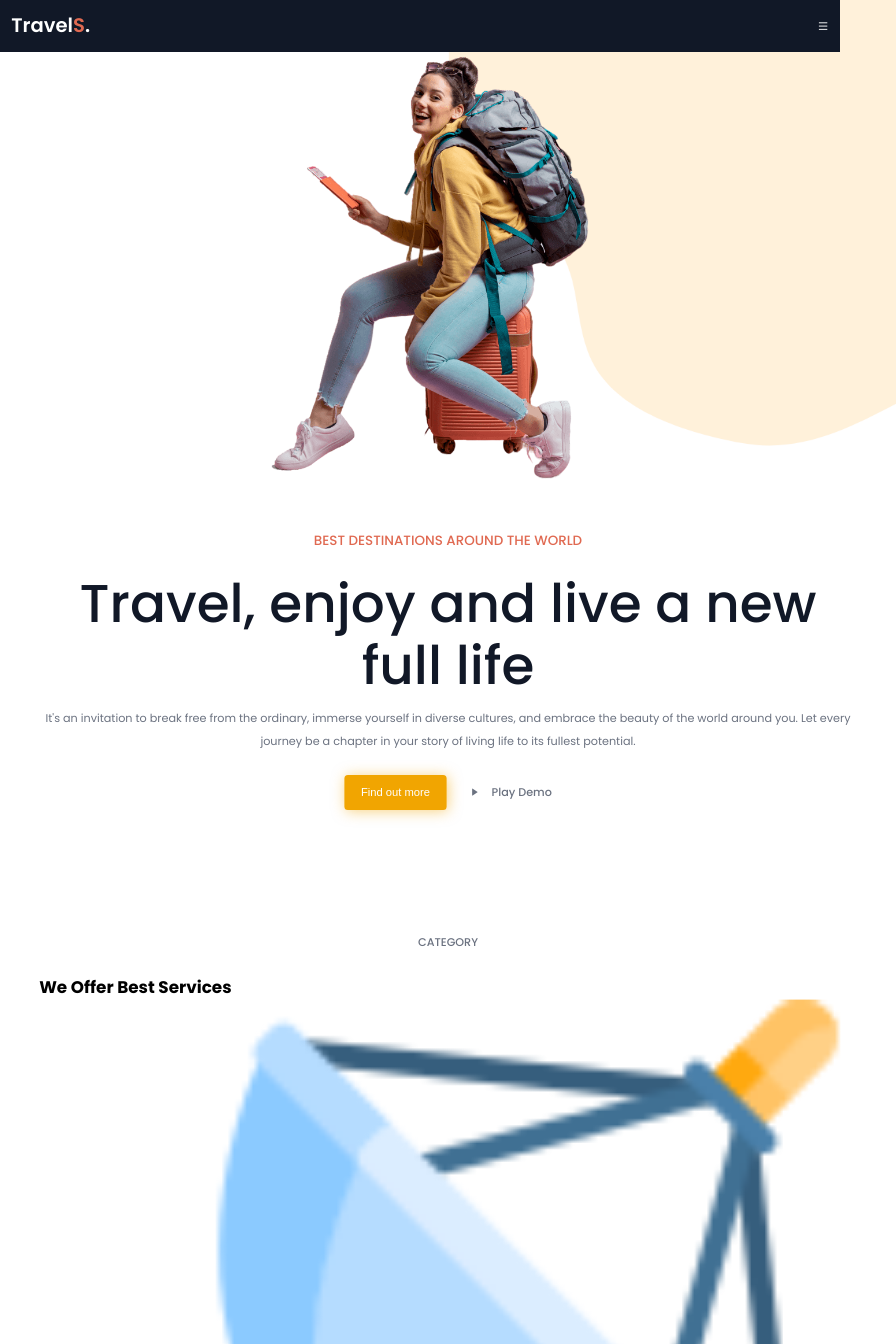
Repository: ntandomagana/travel-website
Page: index.html
These files come from the project's save history. The page is drawn as it stood at one moment and after a run of saves; the edit follows.
The browser window is 1280 px wide. The pictures show the part of the page from y = 0 to 1920 px (the page is 11279 px tall), at 70% of full size.

Above is the page before, as saved 2024-05-07 09:43:37.

After the next 3 saves:
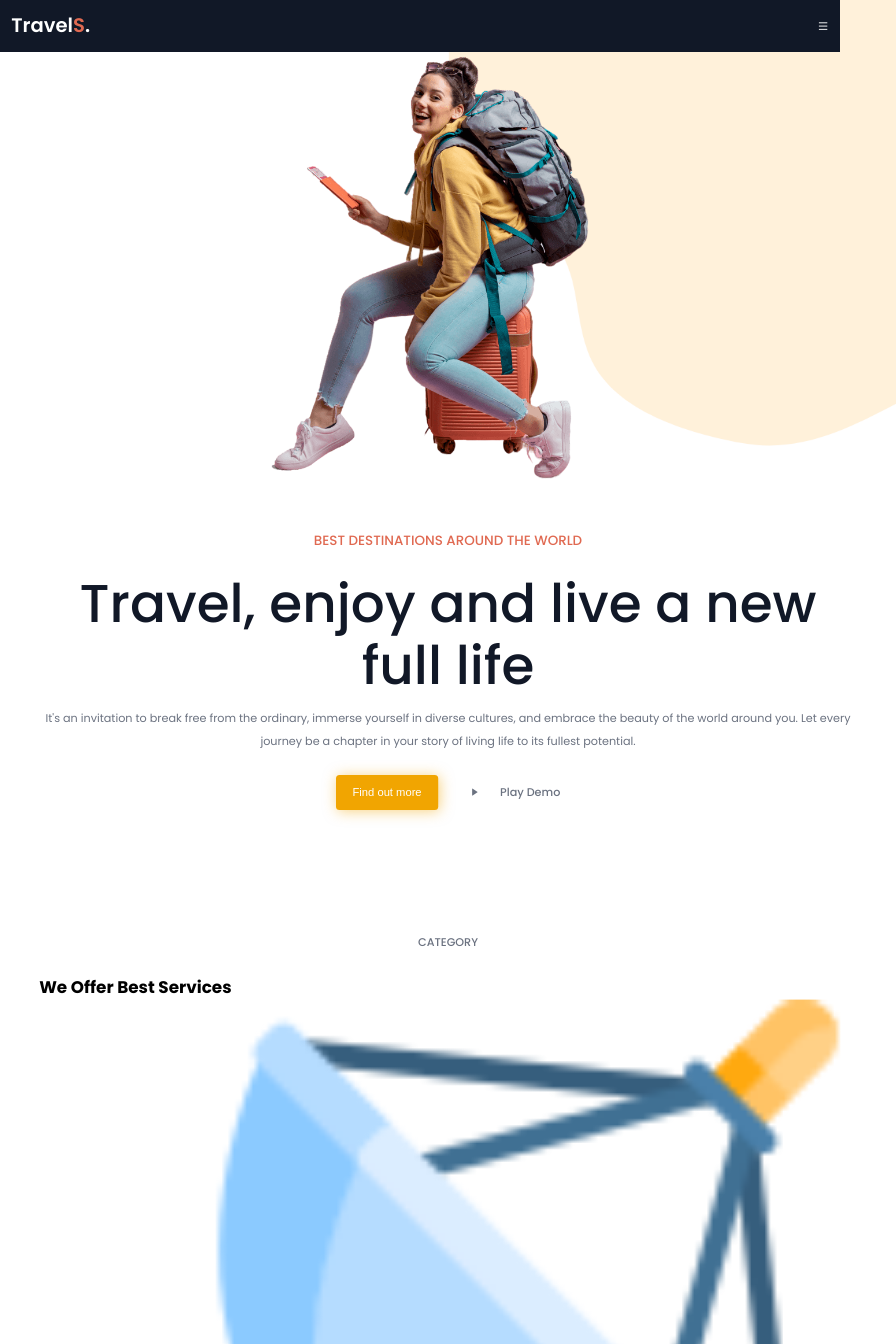
The 3 saves are shown as one change because they came seconds apart.
The last was saved 12 s later.
--- a/style.css
+++ b/style.css
@@ -192,4 +192,6 @@ ul {
     color: var(--text-dark);
 }
 
-.header
+.header-btns a span {
+    padding: 6px 12px;
+}
